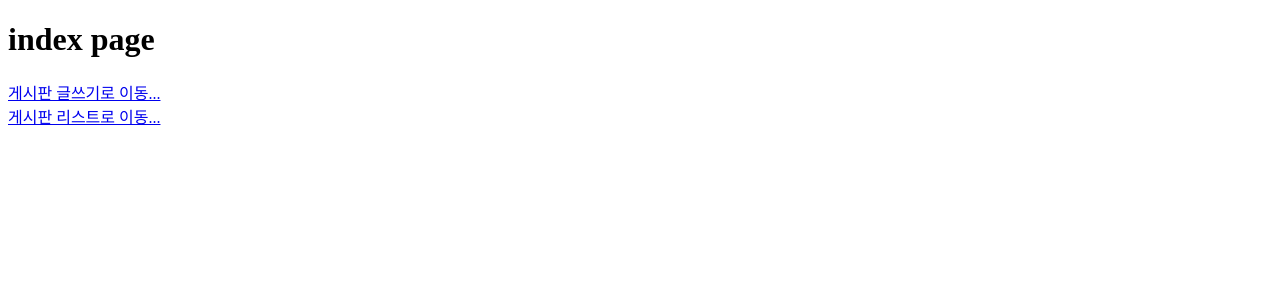
Repository: dfhdfhdfsza/_jsp_workspace3
Page: http://localhost/jsp_project/
The author's editor kept a copy of each file at every save. The page is drawn from the files as they stood at one save, then again after the next save.
The browser window is 1280 px wide. The pictures show the whole page.
The page is served by Tomcat 9.

Above is the page before, as saved 2023-09-12 11:38:55.

After the next save:
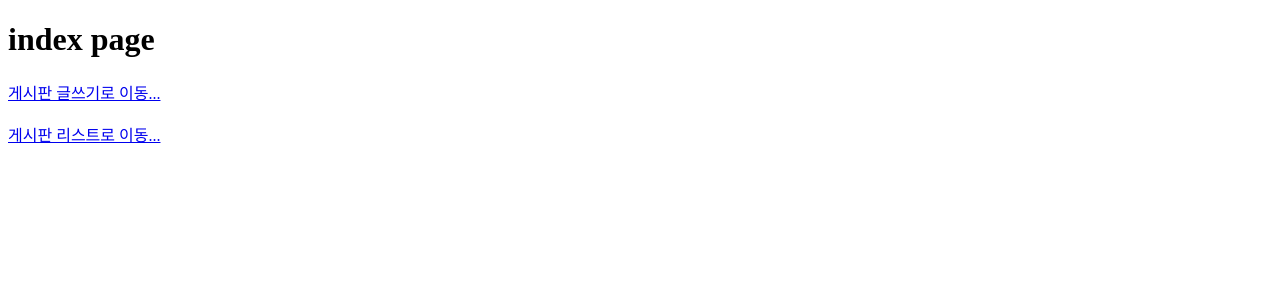
Saved 7 s later.
--- a/jsp_project/src/main/webapp/index.jsp
+++ b/jsp_project/src/main/webapp/index.jsp
@@ -8,7 +8,7 @@
 </head>
 <body>
 	<h1>index page</h1>
-	<a href="/brd/register">게시판 글쓰기로 이동...</a><br>
+	<a href="/brd/register">게시판 글쓰기로 이동...</a><br><br>
 	<a href="/brd/pageList">게시판 리스트로 이동...</a><br>
 </body>
 </html>
